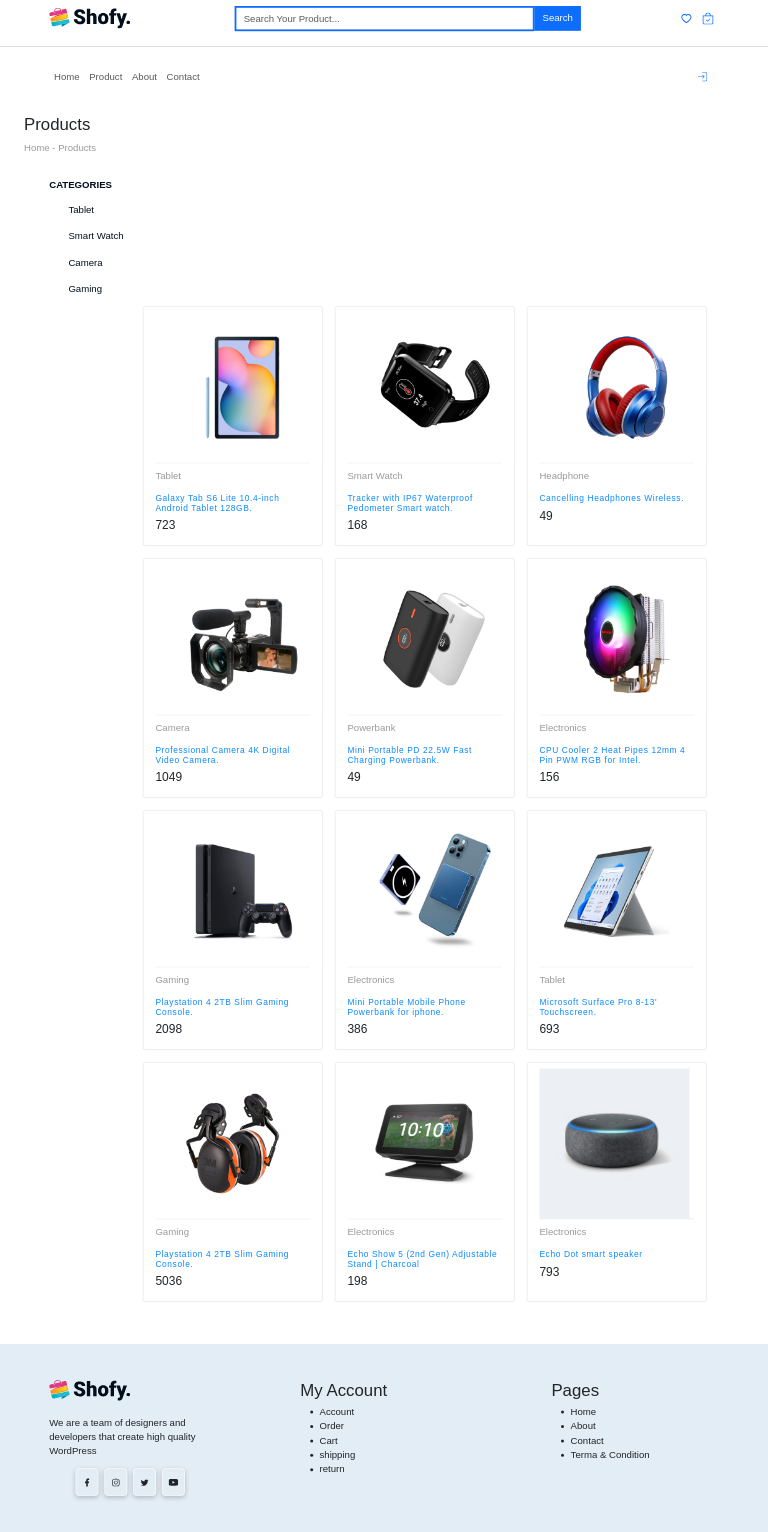
Repository: YomnaWegdan/E-commerce
Page: /product
The author's editor kept a copy of each file at every save. The page is drawn from the files as they stood at one save, then again after the next save.
The browser window is 1280 px wide. The pictures show the whole page, at 60% of full size.
The project was rebuilt for these pictures with package versions that can differ from the ones it lists, and the page was loaded fresh each time. Also part of the build but not shown: src/App.css, src/Pages/Home.css, src/Components/HomeProduct.js, src/Pages/Home.js.

Above is the page before, as saved 2023-08-06 03:09:21.

After the next save:
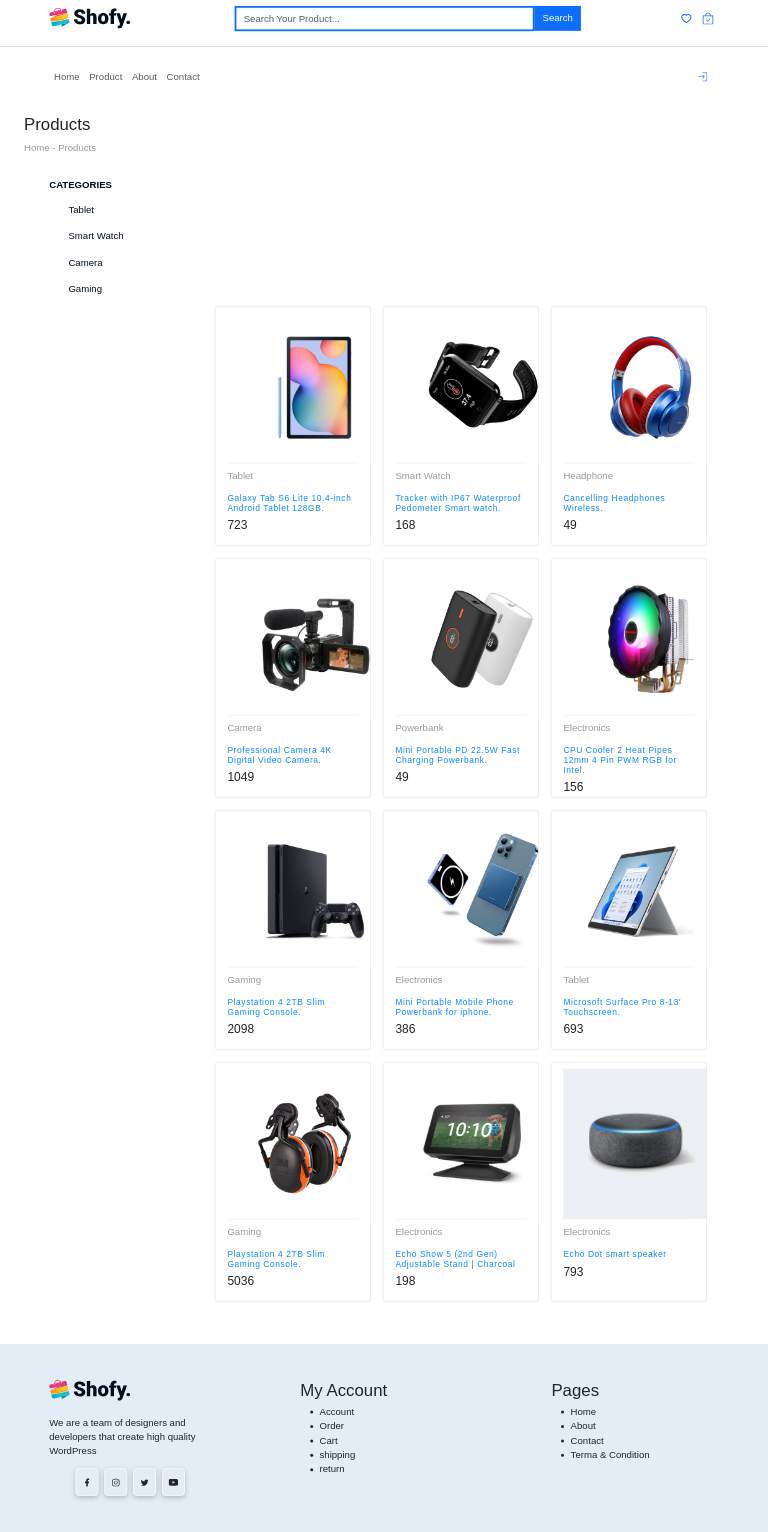
Saved 17 s later.
--- a/src/Pages/Product.css
+++ b/src/Pages/Product.css
@@ -73,7 +73,7 @@
 {
     padding: 10px 20px;
     overflow: hidden;
-    width: 300px;
+    width: 260px;
     height: 400px;
     border: 1px solid #e2e0e0;
     margin-bottom: 20px;
